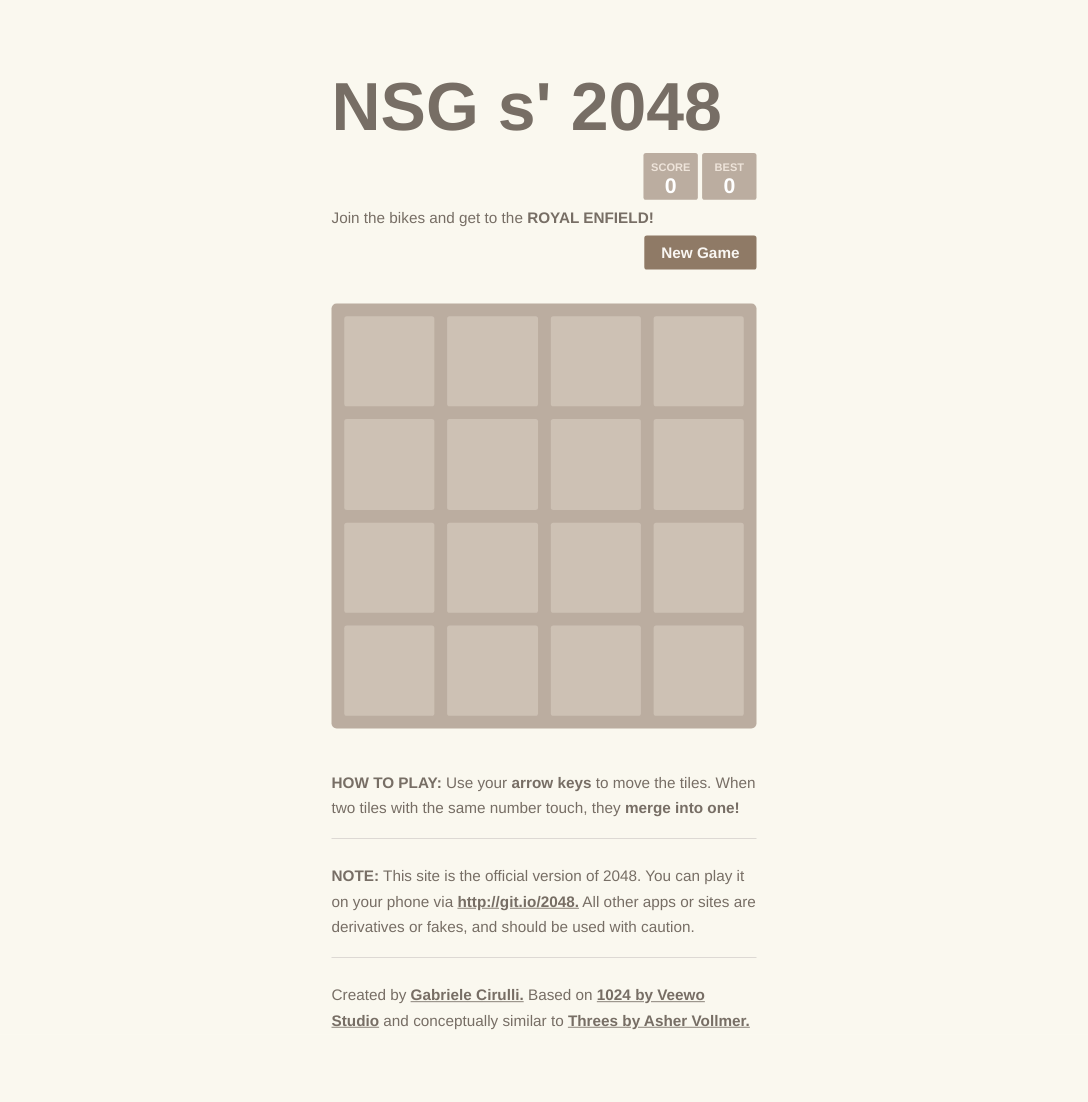
Repository: sahitigo/2048
Page: index.html
The author's editor kept a record of every edit. The page is drawn from the files as they stood at one moment, then again after the next edit.
The browser window is 1280 px wide. The pictures show the whole page, at 85% of full size.
Some web fonts or font styles are not loaded; a fallback is used.

Above is the page before.
Not found: js/application.js
Not found: js/game_manager.js
Not found: js/grid.js

### index.html
<!DOCTYPE html>
<html>
<head>
  <meta charset="utf-8">
  <title>2048</title>

  <link href="style/main.css" rel="stylesheet" type="text/css">
  <link rel="shortcut icon" href="favicon.ico">
  <link rel="apple-touch-icon" href="meta/apple-touch-icon.png">
  <link rel="apple-touch-startup-image" href="meta/apple-touch-startup-image-640x1096.png" media="(device-width: 320px) and (device-height: 568px) and (-webkit-device-pixel-ratio: 2)"> <!-- iPhone 5+ -->
  <link rel="apple-touch-startup-image" href="meta/apple-touch-startup-image-640x920.png"  media="(device-width: 320px) and (device-height: 480px) and (-webkit-device-pixel-ratio: 2)"> <!-- iPhone, retina -->
  <meta name="apple-mobile-web-app-capable" content="yes">
  <meta name="apple-mobile-web-app-status-bar-style" content="black">

  <meta name="HandheldFriendly" content="True">
  <meta name="MobileOptimized" content="320">
  <meta name="viewport" content="width=device-width, target-densitydpi=160dpi, initial-scale=1.0, maximum-scale=1, user-scalable=no, minimal-ui">
</head>
<body>
  <div class="container">
    <div class="heading">
      <h1 class="title">NSG s' 2048</h1>
      <div class="scores-container">
        <div class="score-container">0</div>
        <div class="best-container">0</div>
      </div>
    </div>

    <div class="above-game">
      <p class="game-intro">Join the bikes and get to the <strong>ROYAL ENFIELD!</strong></p>
      <a class="restart-button">New Game</a>
    </div>

    <div class="game-container">
      <div class="game-message">
        <p></p>
        <div class="lower">
	        <a class="keep-playing-button">Keep going</a>
          <a class="retry-button">Try again</a>
        </div>
      </div>

      <div class="grid-container">
        <div class="grid-row">
          <div class="grid-cell"></div>
          <div class="grid-cell"></div>
          <div class="grid-cell"></div>
          <div class="grid-cell"></div>
        </div>
        <div class="grid-row">
          <div class="grid-cell"></div>
          <div class="grid-cell"></div>
          <div class="grid-cell"></div>
          <div class="grid-cell"></div>
        </div>
        <div class="grid-row">
          <div class="grid-cell"></div>
          <div class="grid-cell"></div>
          <div class="grid-cell"></div>
          <div class="grid-cell"></div>
        </div>
        <div class="grid-row">
          <div class="grid-cell"></div>
          <div class="grid-cell"></div>
          <div class="grid-cell"></div>
          <div class="grid-cell"></div>
        </div>
      </div>

      <div class="tile-container">

      </div>
    </div>

    <p class="game-explanation">
      <strong class="important">How to play:</strong> Use your <strong>arrow keys</strong> to move the tiles. When two tiles with the same number touch, they <strong>merge into one!</strong>
    </p>
    <hr>
    <p>
    <strong class="important">Note:</strong> This site is the official version of 2048. You can play it on your phone via <a href="http://git.io/2048">http://git.io/2048.</a> All other apps or sites are derivatives or fakes, and should be used with caution.
    </p>
    <hr>
    <p>
    Created by <a href="http://gabrielecirulli.com" target="_blank">Gabriele Cirulli.</a> Based on <a href="https://itunes.apple.com/us/app/1024!/id823499224" target="_blank">1024 by Veewo Studio</a> and conceptually similar to <a href="http://asherv.com/threes/" target="_blank">Threes by Asher Vollmer.</a>
    </p>
  </div>

  <script src="js/bind_polyfill.js"></script>
  <script src="js/classlist_polyfill.js"></script>
  <script src="js/animframe_polyfill.js"></script>
  <script src="js/keyboard_input_manager.js"></script>
  <script src="js/html_actuator.js"></script>
  <script src="js/grid.js"></script>
  <script src="js/tile.js"></script>
  <script src="js/local_storage_manager.js"></script>
  <script src="js/game_manager.js"></script>
  <script src="js/application.js"></script>
</body>
</html>

Loaded but not shown: style/main.css (739 lines, source omitted)

After the next edit:
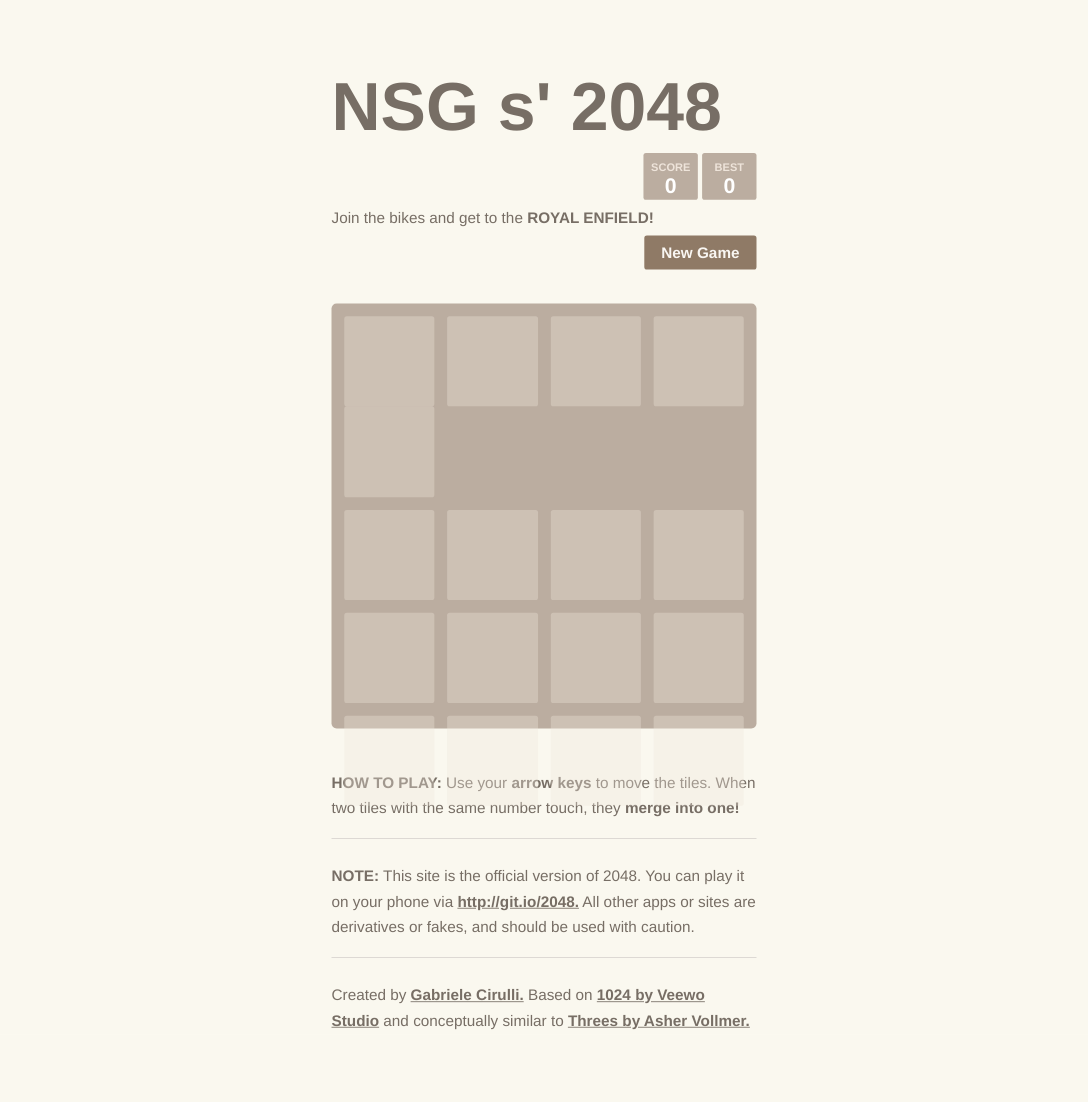
The edit:
--- a/index.html
+++ b/index.html
@@ -42,6 +42,7 @@
 
       <div class="grid-container">
         <div class="grid-row">
+          <div class="grid-cell"></div>
           <div class="grid-cell"></div>
           <div class="grid-cell"></div>
           <div class="grid-cell"></div>
